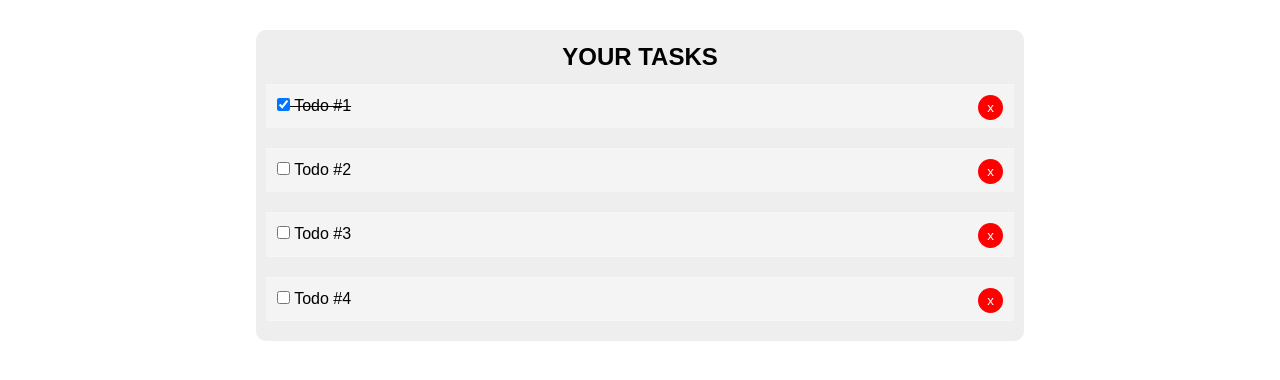
Repository: n0rthern-light/vuejs-taskmanager
Page: /
These files come from the project's save history. The page is drawn as it stood at one moment and after the next save; the edit follows.
The browser window is 1280 px wide. The pictures show the whole page.
The project was rebuilt for these pictures with package versions that can differ from the ones it lists, and the page was loaded fresh each time.

Above is the page before, as saved 2019-02-18 15:38:49.

After the next save:
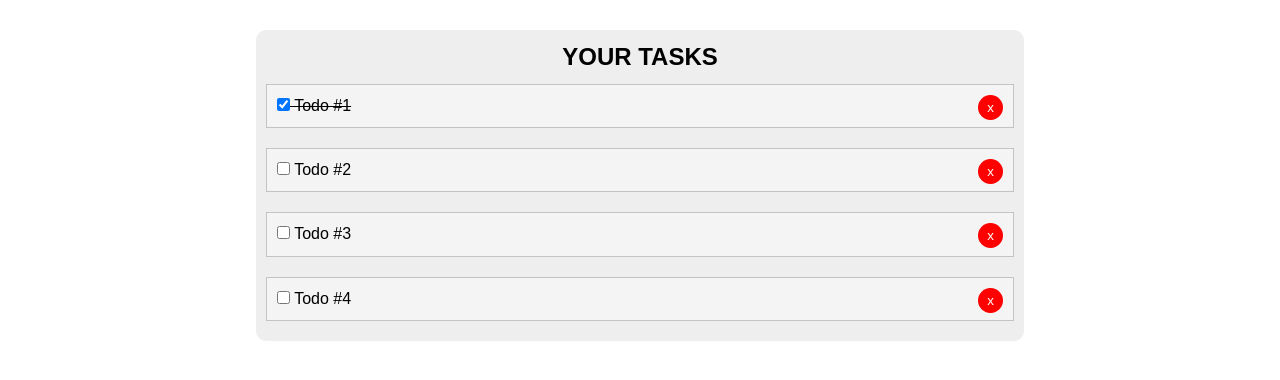
Saved 9 s later.
--- a/src/components/TodoItem.vue
+++ b/src/components/TodoItem.vue
@@ -28,7 +28,7 @@ export default {
     background: #f4f4f4;
     padding: 10px;
     margin: 10px 0;
-    border: 1px solid rgba(255,255,255,0.2);
+    border: 1px solid rgba(0,0,0,0.2);
   }
 
   .is-complete {
